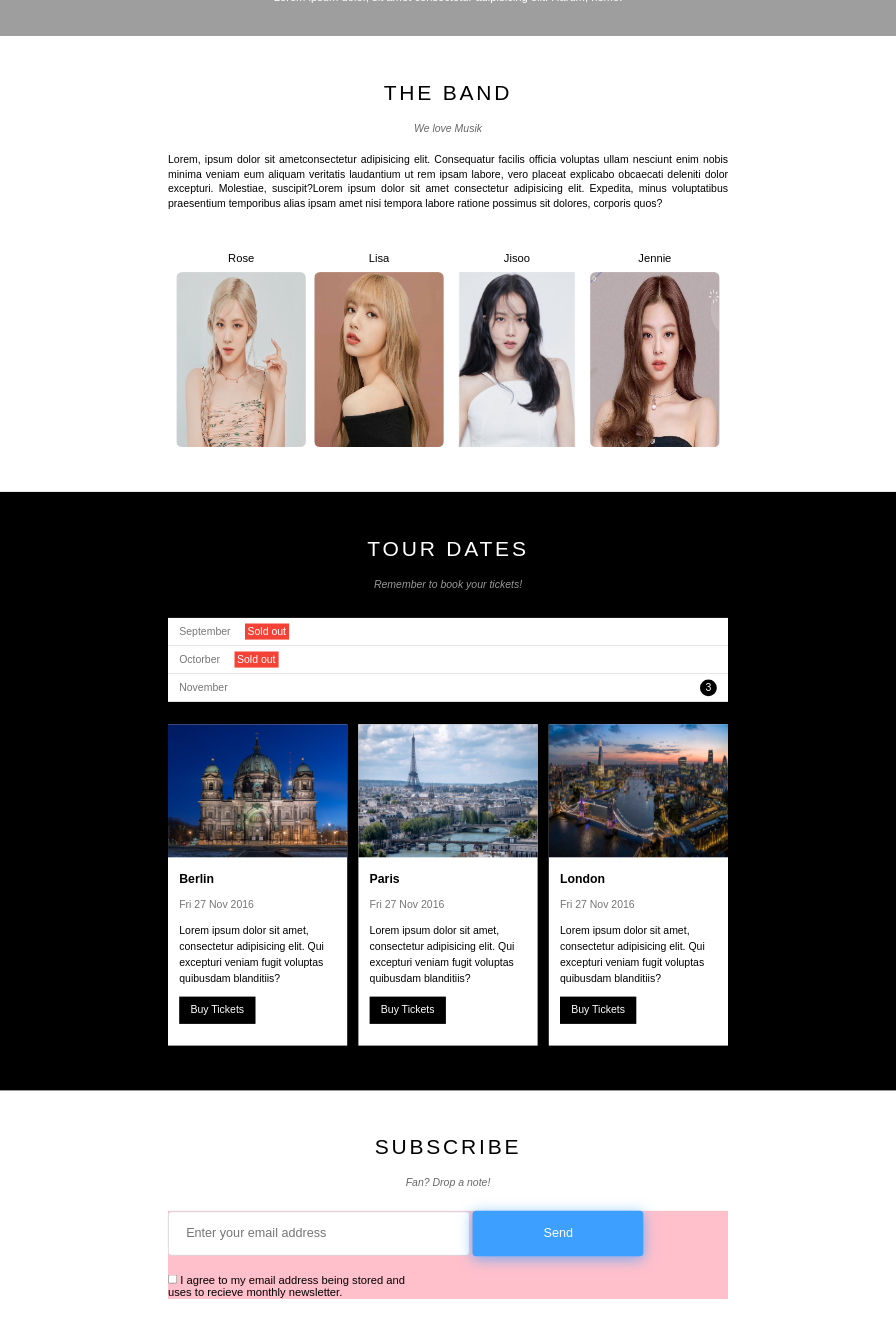
Repository: AiTrinh303/First-Project
Page: /
An editor plug-in stored every save of this project. The page is shown before and after a run of saves, followed by the edit.
The browser window is 1280 px wide. The pictures show the part of the page from y = 634 to 2554 px (the page is 2554 px tall), at 70% of full size.
Pictures or frames that could not be fetched are drawn as grey boxes. The project was rebuilt for these pictures with package versions that can differ from the ones it lists, and the page was loaded fresh each time.

Above is the page before, as saved 2024-01-23 10:11:31.

### index.html
<!DOCTYPE html>
<html lang="en">
<head>
    <meta charset="UTF-8">
    <meta name="viewport" content="width=device-width, initial-scale=1.0">
    <title>Singer Website</title>
    <link rel="stylesheet" href="./fonts/themify-icons-font/themify-icons/themify-icons.css">
    <link rel="stylesheet" href="./src/styles/main.css">
</head>
<body>
   <div id="main">

        <div id="header">
            <ul id="nav">
                <li><a href="">Home</a></li>
                <li><a href="">Band</a></li>
                <li><a href="">Tour</a></li>
                <li><a href="">Contact</a></li>
                <li>
                    <a href="#">
                        More
                        <i class="nav-arrown-down ti-angle-down"></i>
                     </a>
                    <ul class="subnav">
                        <li><a href="">Merchandise</a></li>
                        <li><a href="">Extras</a></li>
                        <li><a href="">Media</a></li>
                    </ul>
                </li>
            </ul>

            <div class="search-btn">
                <i class="search-icon ti-search"></i>

            </div>
        </div>

        <div id="slider">

            <div class="text-content">
                <h2 class="text-heading">Black Pink</h2>
                <p class="text-description">Lorem ipsum dolor, sit amet consectetur adipisicing elit. Harum, nemo!</p>
            </div>

        </div>

        <div id="content">
            <!-- About Section -->
            <div class="content-section">
                <h2 class="section-heading">THE BAND</h2>
                <p class="section-sub-heading">We love Musik</p>
                <p class="about-text">Lorem, ipsum dolor sit ametconsectetur adipisicing elit. Consequatur facilis officia voluptas ullam nesciunt enim nobis minima veniam eum aliquam veritatis laudantium ut rem ipsam labore, vero placeat explicabo obcaecati deleniti dolor excepturi. Molestiae, suscipit?Lorem ipsum dolor sit amet consectetur adipisicing elit. Expedita, minus voluptatibus praesentium temporibus alias ipsam amet nisi tempora labore ratione possimus sit dolores, corporis quos?</p>

                <div class="members-list">
                    <div class="member-item">
                        <p class="member-name">Rose</p>
                        <img src="./src/img/rose.png " alt="Rose" class="member-img" >
                    </div>

                    <div class="member-item">
                        <p class="member-name">Lisa</p>
                        <img src="./src/img/Lisa2.jpg" alt="Lisa" class="member-img" >
                    </div>

                    <div class="member-item">
                        <p class="member-name">Jisoo</p>
                        <img src="./src/img/jisoo.jpeg" alt="Jisoo" class="member-img" >
                    </div>

                    <div class="member-item">
                        <p class="member-name">Jennie</p>
                        <img src="./src/img/Jennie.jpg" alt="Jennie" class="member-img" >
                    </div>
                </div>
            </div>

            <!-- Tour Section -->
            <div class="tour-section">

                <div class="content-section">
                    <h2 class="section-heading text-white">TOUR DATES</h2>
                    <p class="section-sub-heading text-white">Remember to book your tickets!</p>

                    <ul class="tickets-list">
                        <li>September <span class="sold-out">Sold out</span></li>
                        <li>Octorber <span class="sold-out">Sold out</span></li>
                        <li>November <span class="quantity">3</span></li>
                    </ul>

                    <div class="places-list">
                        <div class="place-item">
                            <img src="./src/img/Berlin.jpg" alt="Berlin" class="place-img" >
                            <div class="place-body">
                                <h3 class="place-heading">Berlin</h3>
                                <p class="place-time">Fri 27 Nov 2016</p>
                                <p class="place-desc">Lorem ipsum dolor sit amet, consectetur adipisicing elit. Qui excepturi veniam fugit voluptas quibusdam blanditiis?</p>
                                <a href="#" class="place-btn">Buy Tickets</a>
                            </div>
                        </div>

                        <div class="place-item">
                            <img src="./src/img/Paris.jpg" alt="Paris" class="place-img" >
                            <div class="place-body">
                                <h3 class="place-heading">Paris</h3>
                                <p class="place-time">Fri 27 Nov 2016</p>
                                <p class="place-desc">Lorem ipsum dolor sit amet, consectetur adipisicing elit. Qui excepturi veniam fugit voluptas quibusdam blanditiis?</p>
                                <a href="#" class="place-btn">Buy Tickets</a>
                            </div>
                        </div>

                        <div class="place-item">
                            <img src="./src/img/London.jpeg" alt="London" class="place-img">
                            <div class="place-body">
                                <h3 class="place-heading">London</h3>
                                <p class="place-time">Fri 27 Nov 2016</p>
                                <p class="place-desc">Lorem ipsum dolor sit amet, consectetur adipisicing elit. Qui excepturi veniam fugit voluptas quibusdam blanditiis?</p>
                                <a href="#" class="place-btn">Buy Tickets</a>
                            </div>
                        </div>
                    </div>
                </div>

            </div>

            <!-- Contact Section -->
            <!-- Contact -->
            <div id="contact">
                <div class="content-section">
                    <h2 class="section-heading">SUBSCRIBE</h2>
                    <p class="section-sub-heading">Fan? Drop a note!</p>
                    <div class="form-wrap">

                        <div class="form">
                            <input type="email" class="form__email" placeholder="Enter your email address" />
                            <button class="form__button">Send</button>
                        </div>
                        <div class="notice">
                            <input type="checkbox">
                            <span class="notice__copy">I agree to my email address being stored and uses to recieve monthly newsletter.</span>
                        </div>

                    </div>
                </div>
            </div>






        <div id="footer">

        </div>

   </div>
</body>
</html>

### src/styles/main.css
* {
  padding: 0;
  margin: 0;
  box-sizing: border-box;
}

html {
  scroll-behavior: smooth;
  font-family: Arial, Helvetica, sans-serif;
}

.text-white {
  color: white;
}

#header {
  height: 46px;
  background-color: #000;
  position: fixed;
  top: 0;
  left: 0;
  right: 0;
  z-index: 1;
}

#nav {
  display: inline-block;
}

#nav, .subnav {
  list-style: none;
}

#nav > li {
  display: inline-block;
}

#nav li {
  position: relative;
}

#nav > li > a {
  color: #fff;
  text-transform: uppercase;
}

#nav li a {
  color: #fff;
  text-decoration: none;
  line-height: 46px;
  padding: 0 24px;
  display: block;
}

#nav li:hover .subnav {
  display: block;
}

#nav > li:hover > a,
#nav .subnav li:hover a {
  color: #000;
  background-color: #ccc;
}

#nav .subnav {
  display: none;
  min-width: 160px;
  position: absolute;
  background-color: #fff;
  box-shadow: 0 0 10px rgba(0, 0, 0, 0.3);
  top: 100%;
  left: 0;
}

#nav .nav-arrown-down {
  font-size: 14px;
}

#nav .subnav a {
  color: #000;
  padding: 0 12px;
  line-height: 38px;
}

#header .search-btn {
  float: right;
  padding: 0 21px;
}

#header .search-btn:hover {
  background-color: #f44336;
  cursor: pointer;
}

#header .search-icon {
  color: #fff;
  font-size: 20px;
  line-height: 46px;
}

#slider {
  position: relative;
  margin-top: 46px;
  padding-top: 50%;
  background: url("../img/slider-1.jpg") center/100% no-repeat;
}

#slider .text-content {
  position: absolute;
  bottom: 47px;
  color: #fff;
  width: 100%;
  text-align: center;
}

#slider .text-heading {
  font-weight: 500;
  font-size: 24px;
}

#slider .text-decoration {
  font-size: 15px;
  margin-top: 25px;
}

#content .content-section {
  width: 800px;
  padding: 64px 0;
  margin-left: auto;
  margin-right: auto;
}

#content .section-heading {
  font-size: 30px;
  font-weight: 500;
  letter-spacing: 4px;
  text-align: center;
}

#content .section-sub-heading {
  font-size: 15px;
  margin-top: 25px;
  text-align: center;
  font-style: italic;
  opacity: 0.6;
}

#content .about-text {
  margin-top: 25px;
  font-size: 15px;
  text-align: justify;
  line-height: 1.4;
}

#content .member-item {
  display: flex;
  flex-direction: column;
  align-items: center;
}

#content .member-name {
  line-height: 2.5;
}

#content .members-list {
  margin-top: 48px;
  display: flex;
  justify-content: space-evenly;
}

#content .member-img {
  width: 185px;
  min-height: 250px;
  border-radius: 8px;
}

.tour-section {
  background: #000;
}

.tickets-list {
  background-color: #fff;
  margin-top: 40px;
}

.tickets-list li {
  font-size: 15px;
  color: #757575;
  padding: 11px 16px;
  border-bottom: 1px solid #ddd;
  list-style-type: none;
}

.tickets-list .sold-out {
  background-color: #f44336;
  color: #fff;
  padding: 3px 4px;
  margin-left: 16px;
}

.tickets-list .quantity {
  float: right;
  width: 24px;
  height: 24px;
  background-color: #000;
  color: #fff;
  border-radius: 50%;
  text-align: center;
  line-height: 24px;
  margin-top: -3px;
}

.places-list {
  display: flex;
  gap: 16px;
  justify-content: space-between;
  margin-top: 32px;
}

.places-list .place-item {
  background-color: #fff;
}

.places-list .place-img {
  width: 100%;
  height: 190px;
}

.places-list .place-img:hover {
  opacity: 0.6;
  cursor: pointer;
}

.places-list .place-body {
  padding: 15px 16px;
  min-height: 205px;
  font-size: 15px;
  line-height: 22.5px;
}

.place-body .place-heading {
  font-weight: 700;
}

.place-body .place-time {
  margin: 15px 0;
  color: #757575;
}

.place-body .place-btn {
  align-items: flex-start;
  background-color: #000;
  display: inline-block;
  font-size: 15px;
  line-height: 22.5px;
  margin: 15px 0px 16px 0px;
  padding: 8px 16px;
  text-align: center;
  color: #fff;
  text-decoration: none;
}

.place-body .place-btn:hover {
  color: #000;
  background-color: #ccc;
}


/* contact form */

.form-wrap{
  background-color: pink;
  margin-top: 32px

}
.form {
margin-bottom: 25px;
}

.form__email {
padding: 20px 25px;
border-radius: 5px;
 border: 1px solid #CAD3DB;
width: 431px;
font-size: 18px;
color: #0F121F;
}

.form__email:focus {
outline: 1px solid #3D9FFF;
}

.form__button {
background: #3D9FFF;
padding: 10px;
border: none;
width: 244px;
height: 65px;
border-radius: 5px;
font-size: 18px;
color: white;
box-shadow: 0 4px 20px rgba(61, 159, 255, 0.7);
}

.form__button:hover {
box-shadow: 0 10px 20px rgba(61, 159, 255, 0.7);
}

.notice {
width: 345px;
}



#footer{

}

Loaded but not shown: fonts/themify-icons-font/themify-icons/themify-icons.css (common file)

After the next 3 saves:
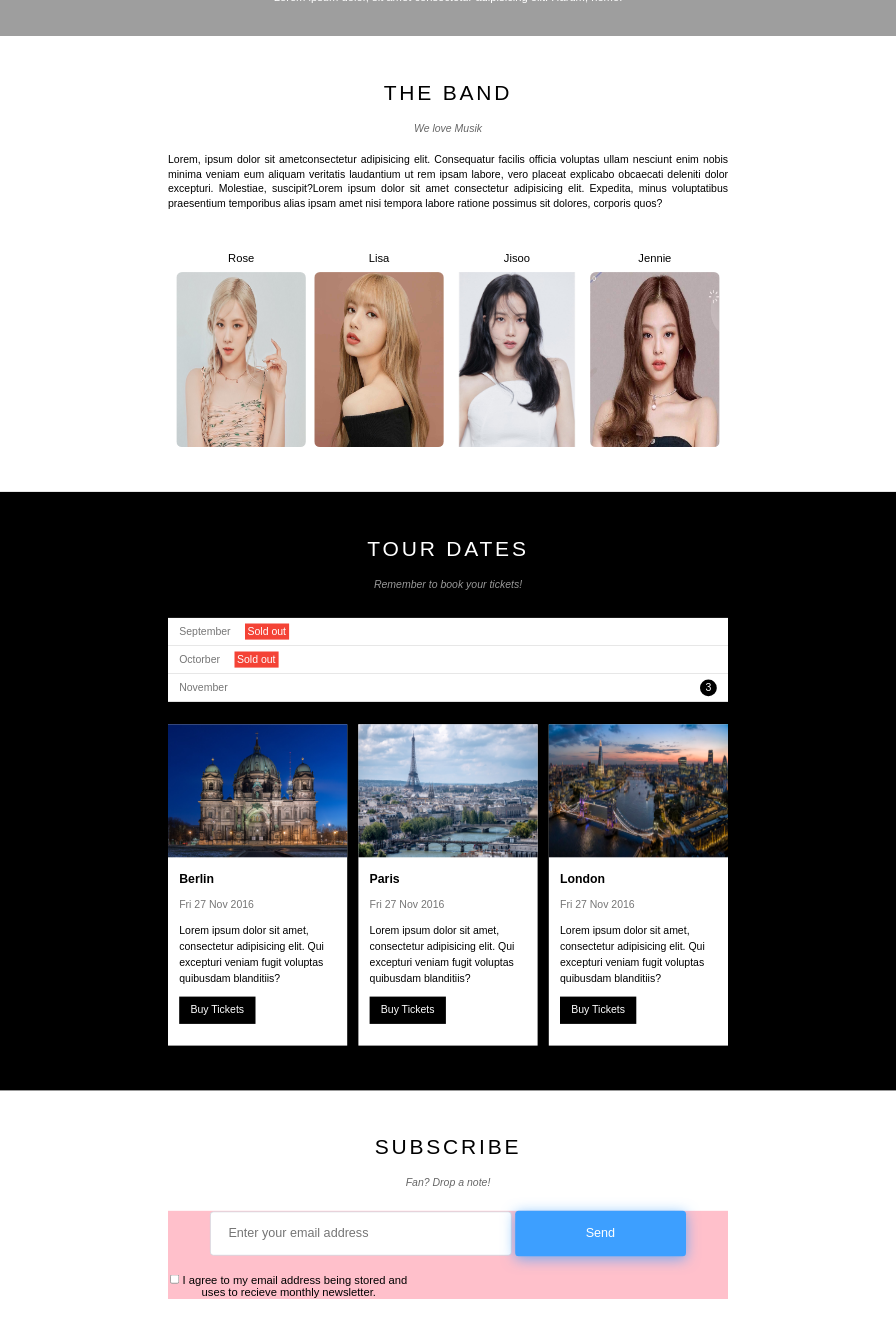
The 3 saves are shown as one change because they came seconds apart.
The last was saved 12 s later.
--- a/src/styles/main.css
+++ b/src/styles/main.css
@@ -270,7 +270,8 @@
 
 .form-wrap{
   background-color: pink;
-  margin-top: 32px
+  margin-top: 32px;
+  text-align: center;
 
 }
 .form {
